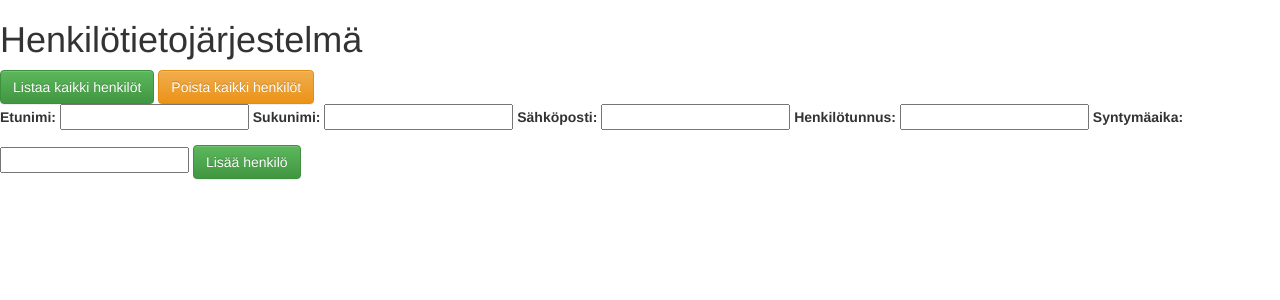
Repository: kuoppal3/henkilotietojarjestelma
Page: http://localhost/
The author's editor kept a record of every edit. The page is drawn from the files as they stood at one moment, then again after the next edit.
The browser window is 1280 px wide. The pictures show the whole page.
The page is served by the project's Node server (server.js). Other server files are loaded and not shown.

Above is the page before.
Console error (its wording comes from the project's code and is left out).

### views/index.ejs
    <% include header %>
    <body>
        <h1>Henkilötietojärjestelmä</h1>
        <a class="btn btn-success" href="/people">Listaa kaikki henkilöt</a>

        <a class="btn btn-warning">Poista kaikki henkilöt</a>

        <!-- form to add a person -->
        <form action="/people" method="POST">
            <label for="etunimi">Etunimi:</label>
            <input type="etunimi" class="form-group">

            <label for="sukunimi">Sukunimi:</label>
            <input type="sukunimi" class="form-group">

            <label for="">Sähköposti:</label>
            <input type="sähköposti" class="form-group">

            <label for="henkilotunnus">Henkilötunnus:</label>
            <input type="henkilotunnus" class="form-group">

            <label for="syntymaaika">Syntymäaika:</label>
            <input type="syntymaaika" class="form-group">

            <input type="submit" class="btn btn-success" value="Lisää henkilö">
        </form>
    </body>

<!-- close html from header -->
</html>

### views/header.ejs
<html>
    <head>
        <title>Henkilötietojärjestelmä</title>
        <link rel="stylesheet" href="/stylesheets/bootstrap.min.css">
        <link rel="stylesheet" href="/stylesheets/bootstrap-theme.min.css">
    </head>
    <style>
    .body {
        padding-top: 25px;
        padding-right: 50px;
        padding-bottom: 25px;
        padding-left: 50px;
    }
    </style>
    <script src="/javascripts/bootstrap.min.js"></script>

### server.js
//
// Henkilötietojärjestelmä server
//

var http = require('http');
var path = require('path');

var express = require('express');
var routes = require('./routes')
  , people = require('./routes/people');

var app = express();

app.set('port', process.env.PORT);
app.set('views', path.join(__dirname, 'views'));
// Use ejs as a view engine
app.set('view engine', 'ejs');

var bodyParser = require('body-parser');
app.use(bodyParser.urlencoded({
  extended: true
}));
app.use(bodyParser.json());

app.use(express.static(path.join(__dirname, 'public')));

// Middleware for 404
//app.use(function(req, res) {
// res.status(400);
//  res.render('404');
//});

// Database connection
//var mongoose = require("mongoose");
// Local db
//mongoose.connect('mongodb://' + process.env.IP + '/data');

//var db = mongoose.connection;
//db.once('open', function callback () {
//  console.log("db connected");
//});

// Routes
app.get('/', routes.index);

app.get('/people', people.list);
app.post('/people', people.add);
app.delete('/people', people.deleteAll);

app.get('/people/:id', people.getOne);
app.put('/people/:id', people.edit);
app.delete('/people/:id', people.deleteOne);

http.createServer(app).listen(app.get('port'), function(){
  console.log('Express server listening on port ' + app.get('port'));
});

### routes/index.js
exports.index = function(req, res) {
    res.render('index');
};

Loaded but not shown: public/stylesheets/bootstrap.min.css (library); public/stylesheets/bootstrap-theme.min.css (library); public/javascripts/bootstrap.min.js (library)

After the next edit:
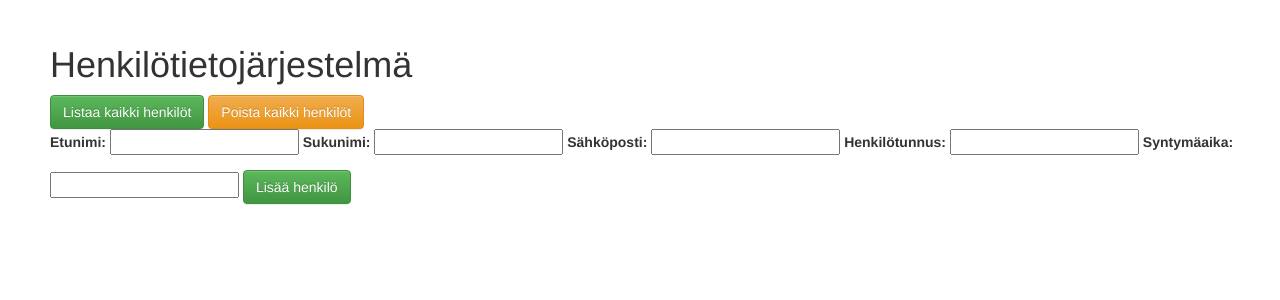
The edit:
--- a/views/header.ejs
+++ b/views/header.ejs
@@ -5,11 +5,9 @@
         <link rel="stylesheet" href="/stylesheets/bootstrap-theme.min.css">
     </head>
     <style>
-    .body {
-        padding-top: 25px;
-        padding-right: 50px;
-        padding-bottom: 25px;
-        padding-left: 50px;
-    }
+        body {
+            padding-top: 25px;
+            padding-left: 50px;
+        }
     </style>
     <script src="/javascripts/bootstrap.min.js"></script>
